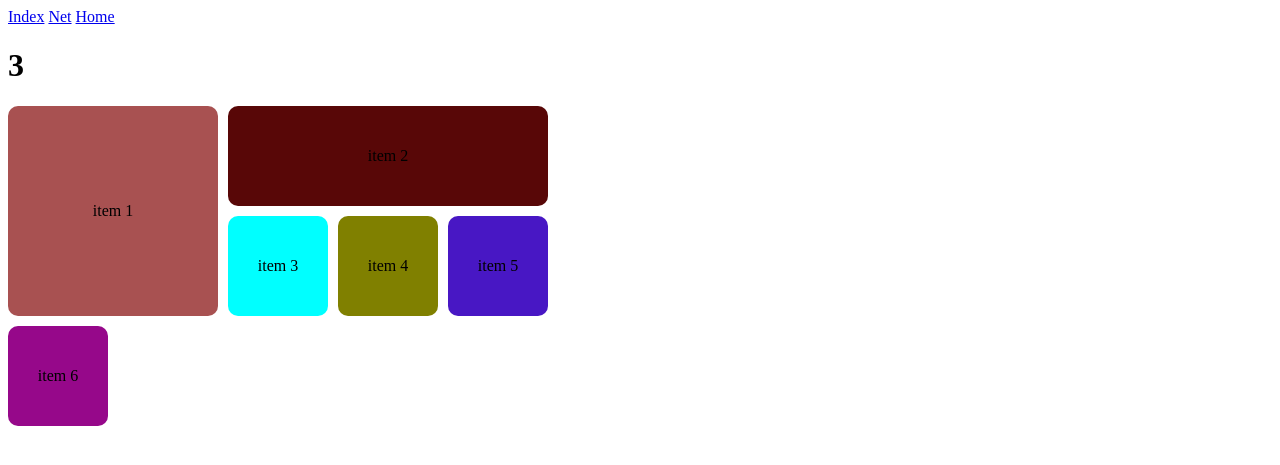
Repository: Nguyen-Toan-2004/du-an-test
Page: product.htm
These files come from the project's save history. The page is drawn as it stood at one moment and after a run of saves; the edit follows.
The browser window is 1280 px wide. The pictures show the whole page.

Above is the page before, as saved 2025-10-22 20:42:39.

After the next 7 saves:
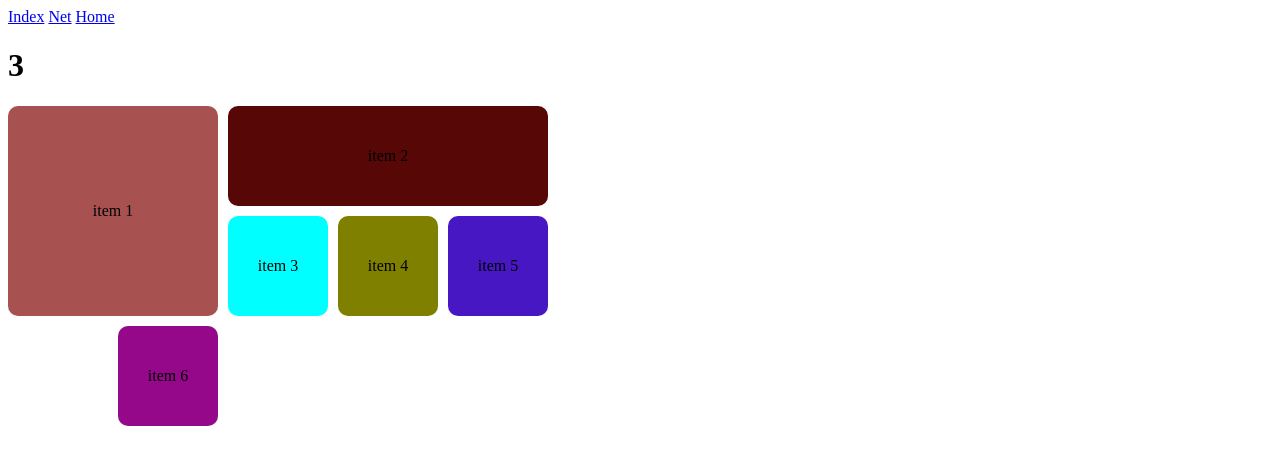
The 7 saves are shown as one change because they came seconds apart.
The last was saved 13 s later.
--- a/product.htm
+++ b/product.htm
@@ -46,7 +46,7 @@
       }
       .box6 {
         background: #96088a;
-        grid-column-start: ;
+        grid-column-end:3 ;
       }
     </style>
     <div class="container">
